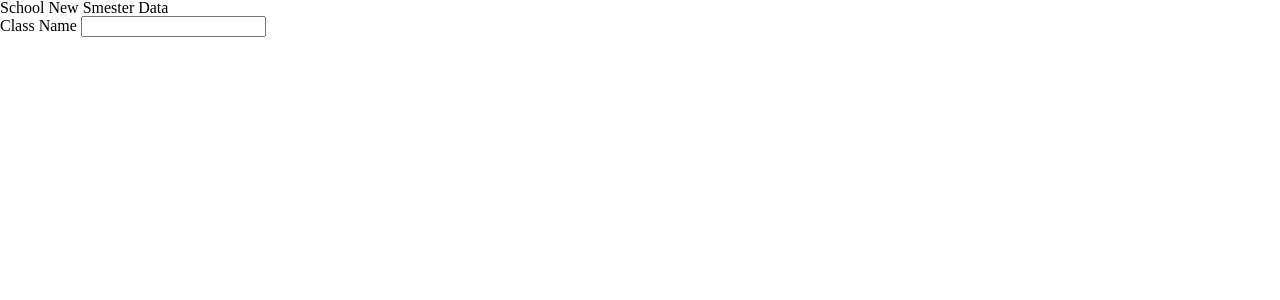
Repository: Razan-am/exam-practice
Page: index.html
An editor plug-in stored every save of this project. The page is shown before and after the next save, followed by the edit.
The browser window is 1280 px wide. The pictures show the whole page.

Above is the page before, as saved 2021-05-30 21:50:16.

### index.html
<!DOCTYPE html>
<html lang="en">
<head>
    <meta charset="UTF-8">
    <meta http-equiv="X-UA-Compatible" content="IE=edge">
    <meta name="viewport" content="width=device-width, initial-scale=1.0">
    <title>Document</title>
    <link rel="stylesheet" href="css/reset.css">
    <link rel="stylesheet" href="css/style.css">
</head>
<body>
    <header>
        <h1>School New Smester Data</h1>
    </header>
    <main>
        <form action="" id="myForm">
            <fieldset>
                <label for="">Class Name</label>
                <input type="text" id="className" name="className">
            </fieldset>
        </form>
    </main>
    <footer></footer>
    <script src="js/app.js"></script>
</body>
</html>

Loaded but not shown: css/reset.css (common file); css/style.css (no copy from this time; the picture is the same without it); js/app.js (no copy from this time; the picture is the same without it)

After the next save:
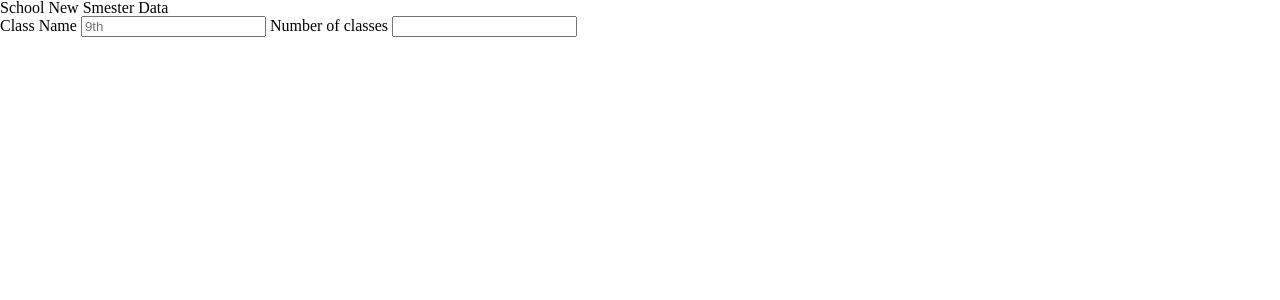
Saved 92 s later.
--- a/index.html
+++ b/index.html
@@ -15,8 +15,12 @@
     <main>
         <form action="" id="myForm">
             <fieldset>
-                <label for="">Class Name</label>
-                <input type="text" id="className" name="className">
+                <label for="className">Class Name</label>
+                <input type="text" id="className" name="className" placeholder="9th">
+                <label for="classNumber">
+                    Number of classes
+                </label>
+                <input type="number" id="classNamber" name="classNumber">
             </fieldset>
         </form>
     </main>
